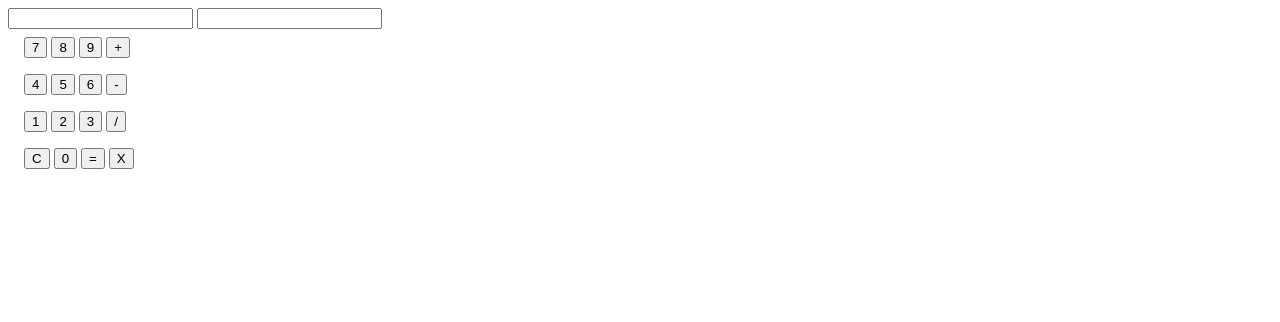
Repository: jun01270/calculator
Page: caculator.html
An editor plug-in stored every save of this project. The page is shown before and after the next save, followed by the edit.
The browser window is 1280 px wide. The pictures show the whole page.

Above is the page before, as saved 2023-07-31 19:30:07.

After the next save:
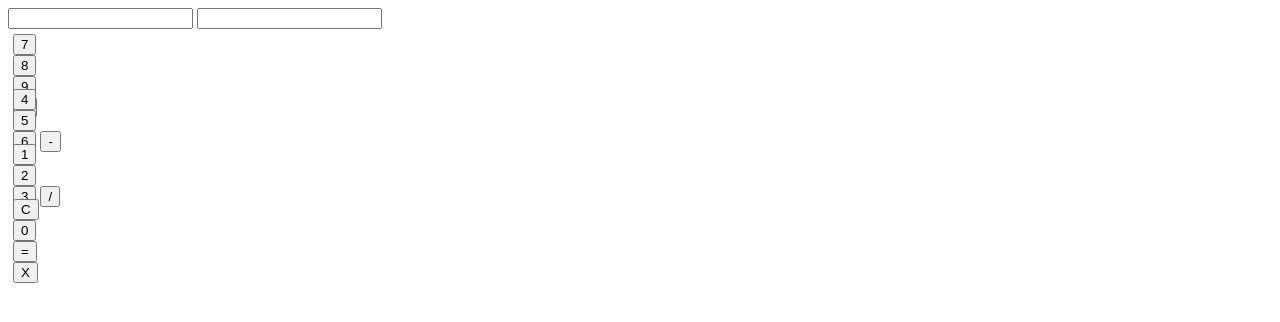
Saved 18 s later.
--- a/index.css
+++ b/index.css
@@ -3,9 +3,7 @@
 }
 
 .row {
-  margin: 0;
-  padding: 0.5rem 1rem;
-  font-size: 1rem;
-  font-weight: 400;
-  text-decoration: none;
+  width: 50px;
+  height: 50px;
+  margin: 5px;
 }
